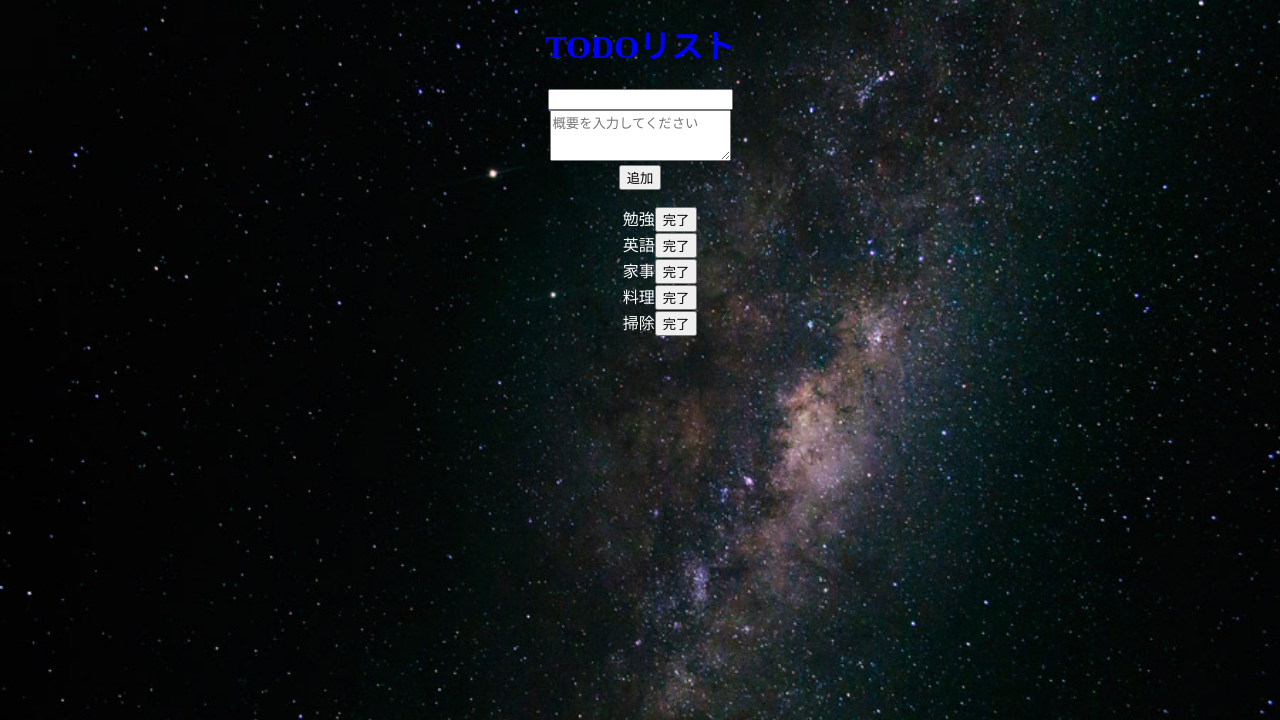
Repository: kntb2565/todolist
Page: src/index.html
These files come from the project's save history. The page is drawn as it stood at one moment and after the next save; the edit follows.
The browser window is 1280 px wide. The pictures show the whole page.

Above is the page before, as saved 2018-10-22 22:15:46.

### src/index.html
<!DOCTYPE html>
<html lang="ja">
<head>
  <meta charset="utf-8">
  <title>todolist</title>
  <link rel="stylesheet" href="css/styles.css" type="text/css">
  <style>
    body {
        background-image: url("img/utyu3.jpg");
        background-size: cover;

    }
    li{
        color:#fff;
        text-align: center;
        list-style-type: none;
    }
  </style>
</head>

  <div class="todo">
    <h1>TODOリスト</h1>
    <input type="text" />
  <div class="todo1">
    <textarea rows="3" placeholder="概要を入力してください"></textarea>
  </div>

    <input type="button" value="追加" />

  </div>
  <ul>
    <li>勉強<button>完了</button></li>
    <li>英語<button>完了</button></li>
    <li>家事<button>完了</button></li>
    <li>料理<button>完了</button></li>
    <li>掃除<button>完了</button></li>

  </ul>
</html>

### src/css/styles.css
.todo{
    color: blue;
    text-align: center;
   }

After the next save:
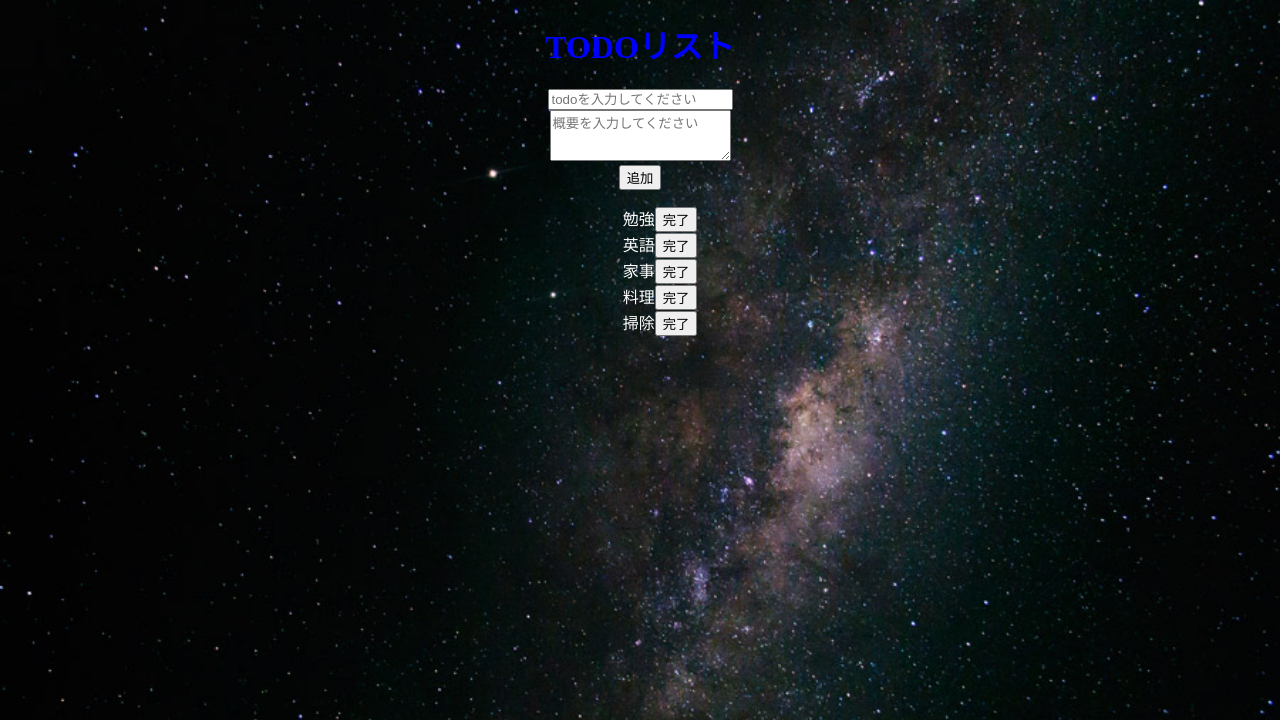
Saved 88 s later.
--- a/src/index.html
+++ b/src/index.html
@@ -20,7 +20,7 @@
 
   <div class="todo">
     <h1>TODOリスト</h1>
-    <input type="text" />
+    <input type="text" placeholder="todoを入力してください"/>
   <div class="todo1">
     <textarea rows="3" placeholder="概要を入力してください"></textarea>
   </div>
